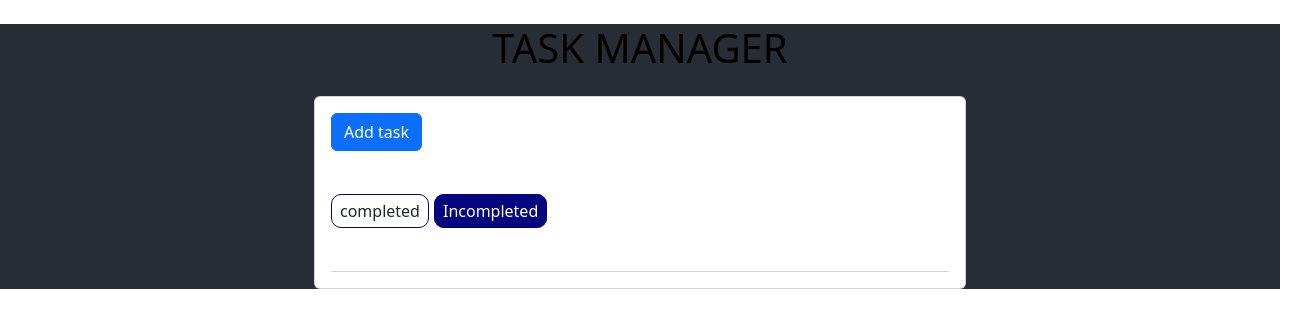
Repository: Jcparks84/task_manager
Page: / (app in frontend/)
The author's editor kept a copy of each file at every save. The page is drawn from the files as they stood at one save, then again after a run of saves.
The browser window is 1280 px wide. The page is 1292 px wide, so the pictures cover 1292 px, including what lies to the right of the window. The pictures show the whole page.
The page's requests for data from a server got no answer. The project was rebuilt for these pictures with package versions that can differ from the ones it lists, and the page was loaded fresh each time. No one was signed in, and anything a server would have sent is missing. Also part of the build but not shown: frontend/src/components/Modal.js.

Above is the page before, as saved 2022-08-11 17:06:31.

After the next 5 saves:
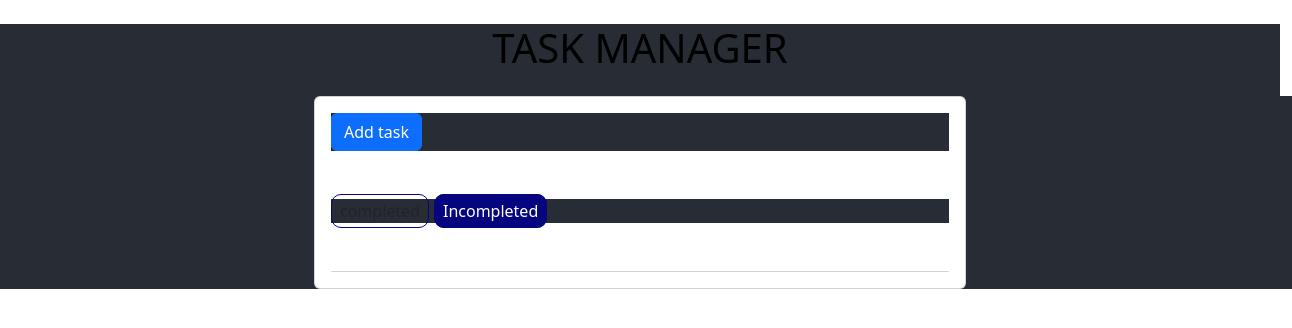
The 5 saves are shown as one change because they came seconds apart.
The last was saved 71 s later.
--- a/frontend/src/App.css
+++ b/frontend/src/App.css
@@ -33,6 +33,10 @@
   background-color: #282c34;
 }
 
+div {
+  background-color: #282c34;
+}
+
 
 @keyframes App-logo-spin {
   from {

After the save that followed:
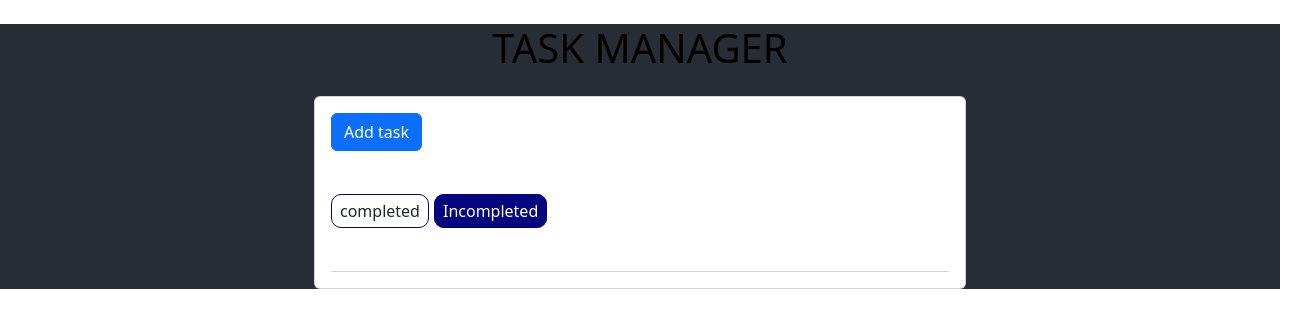
Saved 5 s later.
--- a/frontend/src/App.css
+++ b/frontend/src/App.css
@@ -34,7 +34,7 @@
 }
 
 div {
-  background-color: #282c34;
+  background-
 }
 
 
